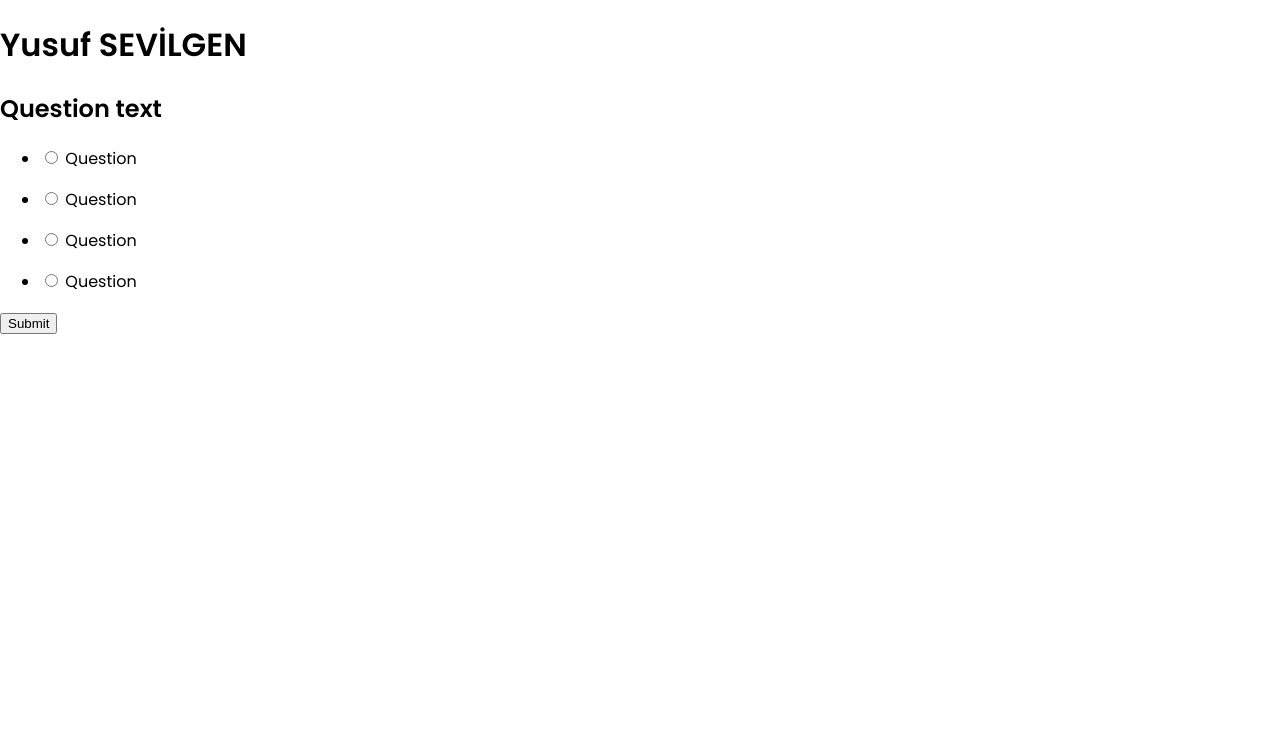
Repository: sevilgenysf/javascript-two
Page: index.html
These files come from the project's save history. The page is drawn as it stood at one moment and after the next save; the edit follows.
The browser window is 1280 px wide. The pictures show the whole page.

Above is the page before, as saved 2022-02-24 16:24:35.
Console error: SyntaxError: Unexpected token '{'

After the next save:
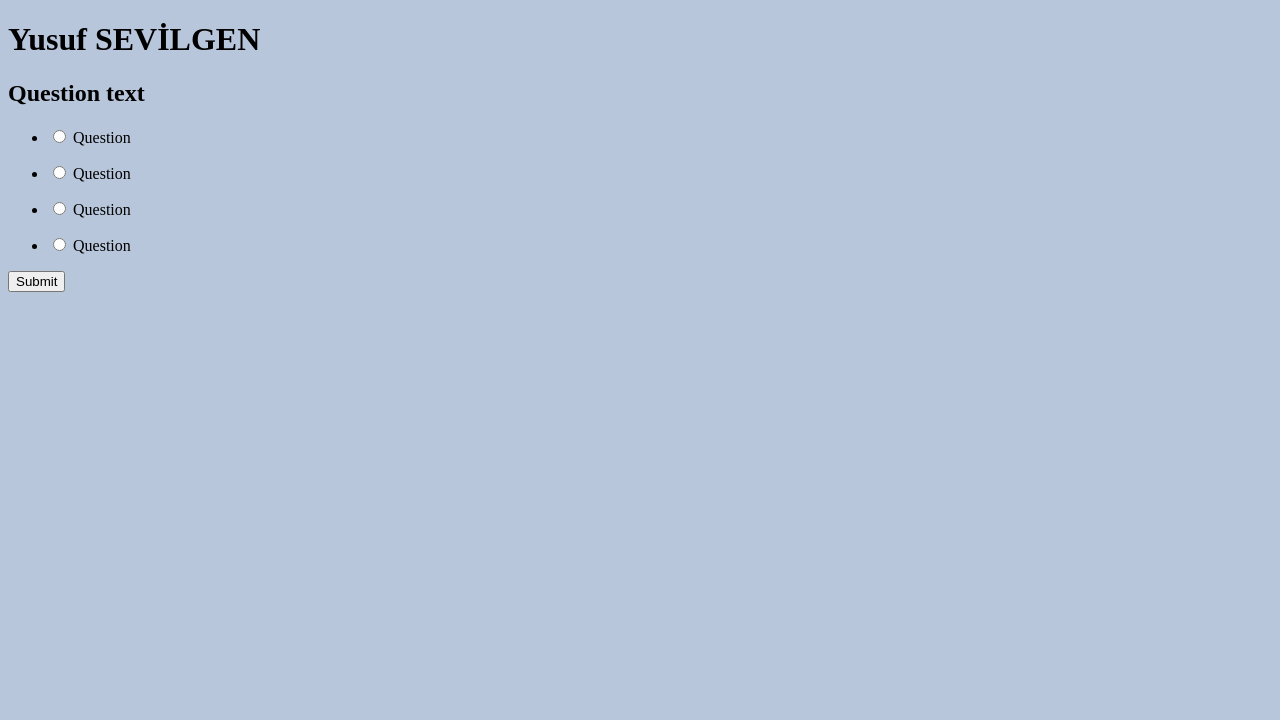
Saved 6 min 3 s later.
--- a/style.css
+++ b/style.css
@@ -5,8 +5,5 @@
 }
 
 body {
-	height: 100vh;
-	font-family: 'Poppins', sans-serif;
-	margin: 0;
-	padding: 0;
+	background-color: #b8c6db;
 }
